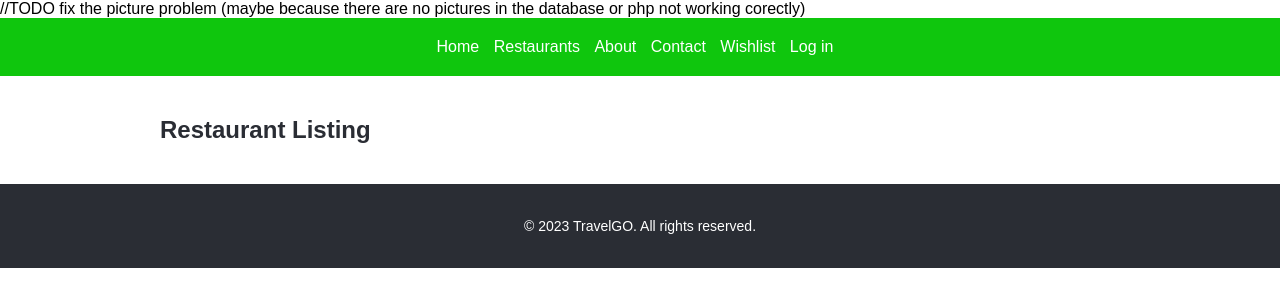
Repository: RebelShadow/TravelGO
Page: http://localhost/TravelGO/restaurant_listing.php
An editor plug-in stored every save of this project. The page is shown before and after the next save, followed by the edit.
The browser window is 1280 px wide. The pictures show the whole page.
The page is run by PHP 8.4 with error messages shown; the project is at /var/www/html/. Queries for data that is not in the repository find no rows.

Above is the page before, as saved 2023-05-27 21:22:27.

After the next save:
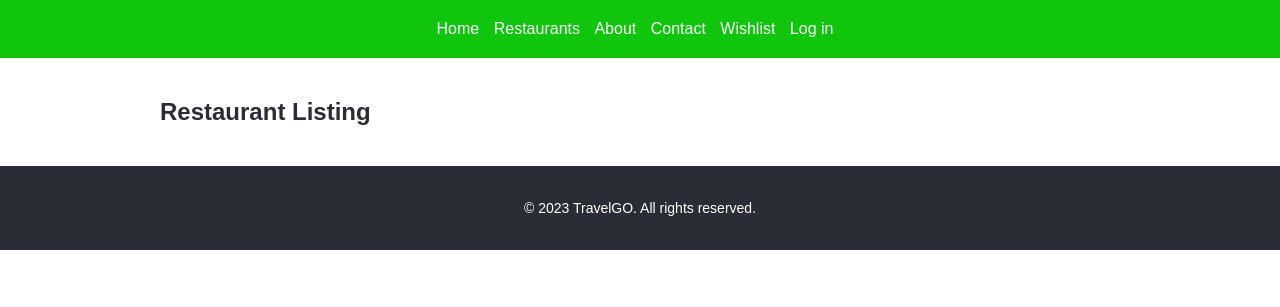
Saved 4 s later.
--- a/www/TravelGO/backup 27.05.2023 22.43/restaurant_listing.php
+++ b/www/TravelGO/backup 27.05.2023 22.43/restaurant_listing.php
@@ -1,6 +1,5 @@
 <!DOCTYPE html>
 <html lang="en-US">
-//TODO fix the picture problem (maybe because there are no pictures in the database or php not working corectly)
 <head>
   <meta charset="UTF-8">
   <meta name="viewport" content="width=device-width, initial-scale=1.0">
